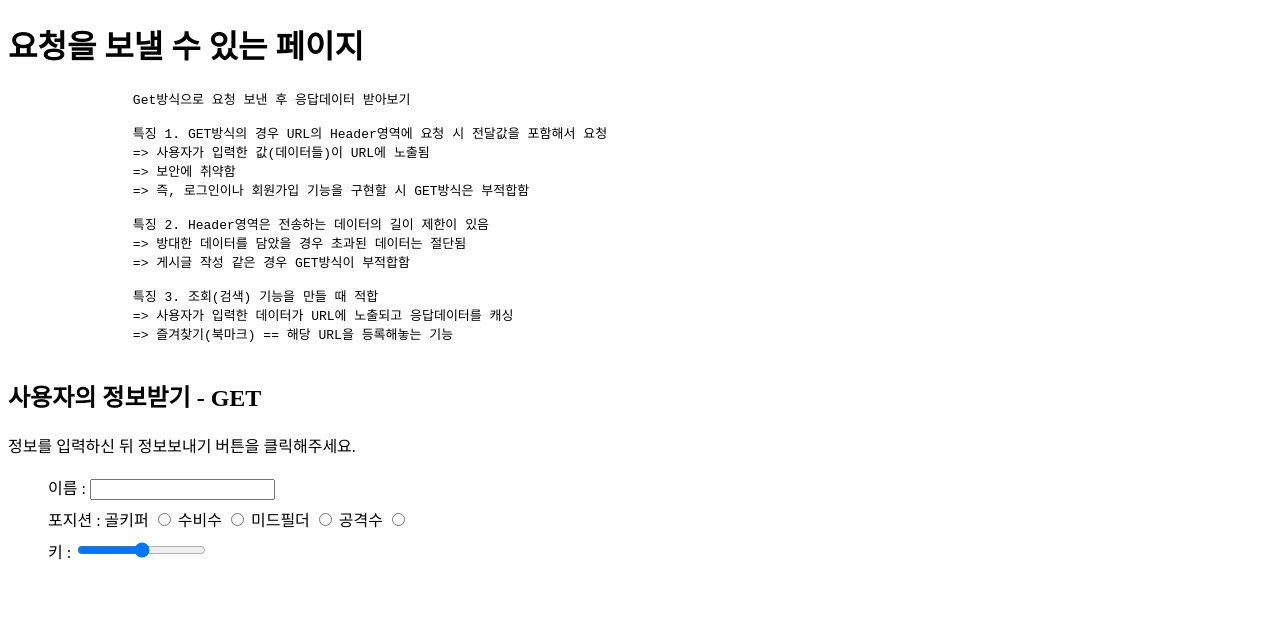
Repository: rlaehqkf/java_practice
Page: MyFirstWebProject/src/main/webapp/views/request_get.html
An editor plug-in stored every save of this project. The page is shown before and after the next save, followed by the edit.
The browser window is 1280 px wide. The pictures show the whole page.

Above is the page before, as saved 2026-05-04 08:33:00.

### MyFirstWebProject/src/main/webapp/views/request_get.html
<!DOCTYPE html>
<html>
<head>
<meta charset="UTF-8">
<title>요청을 보내야겠다~~</title>
<style>
	ul{
		list-style : none;
		line-height : 200%;
	}

</style>



</head>
<body>

	<h1>요청을 보낼 수 있는 페이지</h1>

	<pre>
		Get방식으로 요청 보낸 후 응답데이터 받아보기

		특징 1. GET방식의 경우 URL의 Header영역에 요청 시 전달값을 포함해서 요청
		=> 사용자가 입력한 값(데이터들)이 URL에 노출됨
		=> 보안에 취약함
		=> 즉, 로그인이나 회원가입 기능을 구현할 시 GET방식은 부적합함

		특징 2. Header영역은 전송하는 데이터의 길이 제한이 있음
		=> 방대한 데이터를 담았을 경우 초과된 데이터는 절단됨
		=> 게시글 작성 같은 경우 GET방식이 부적합함

		특징 3. 조회(검색) 기능을 만들 때 적합
		=> 사용자가 입력한 데이터가 URL에 노출되고 응답데이터를 캐싱
		=> 즐겨찾기(북마크) == 해당 URL을 등록해놓는 기능
	</pre>

	<h2> 사용자의 정보받기 - GET </h2>
	<p>정보를 입력하신 뒤 정보보내기 버튼을 클릭해주세요.</p>


	<!--
		form태그 안에 존재하는 submit타입의 버튼 클릭 시
		form태그의 속성 중 action속성에 작성된 URL로 요청을 보냄!!
		Controller로 요청을 보내야함 -> Servlet

		http://localhost:8088/first
	 -->
	<!--

	<form method="get" action="http://localhost:8088/first/first.do" >
		<ul>
			<li>
				이름 : <input type="text" name="name"/>
			</li>
			<li>
				성별 :
				남자 <input type="radio" name="gender" value="남자" />
				여자 <input type="radio" name="gender" value="여자" />
				선택안함 <input type="radio" name="gender" value="선택 안 함" />
			</li>
			<li>
				나이 : <input type="number" name="age" />
			</li>
			<li>
				사는 지역 :
				<select name="city">
					<option>서울</option>
					<option value="제주도">제주도</option>
				</select>
			</li>
			<li>
				키 : <input type="range" min="130" max="220" name="height" />
			</li>
			<li>
				좋아하는 음식(모두 고르시오)
				햄버거 <input type="checkbox" name="food" value="햄버거" />
				제육볶음 <input type="checkbox" name="food" value="제육볶음" />
				돈까스 <input type="checkbox" name="food" value="돈까스" />
				피자 <input type="checkbox" name="food" value="피자" />
				치킨 <input type="checkbox" name="food" value="치킨" />
			</li>
			<li>
				<button type="submit">가즈아~</button>
			</li>
			<li>

			</li>
		</ul>
	</form>

	-->


	<form method="get" action="http://localhost:8088/first/second.do" >
		<ul>
			<li>
				이름 : <input type="text" name="name" />
			</li>
			<li>
				포지션 :
				골키퍼 <input type="radio" name="position" />
				수비수 <input type="radio" name="position" />
				미드필더 <input type="radio" name="position" />
				공격수 <input type="radio" name="position" />
			</li>
			<li>
				키 : <input type="range" min="100" max="300" name="height"/>
			</li>
			<li>

			</li>
			<li>

			</li>
			<li>

			</li>
			<li>

			</li>
			<li>

			</li>
			<li>

			</li>
			<li>

			</li>
			<li>

			</li>




		</ul>
	</form>















</body>
</html>

After the next save:
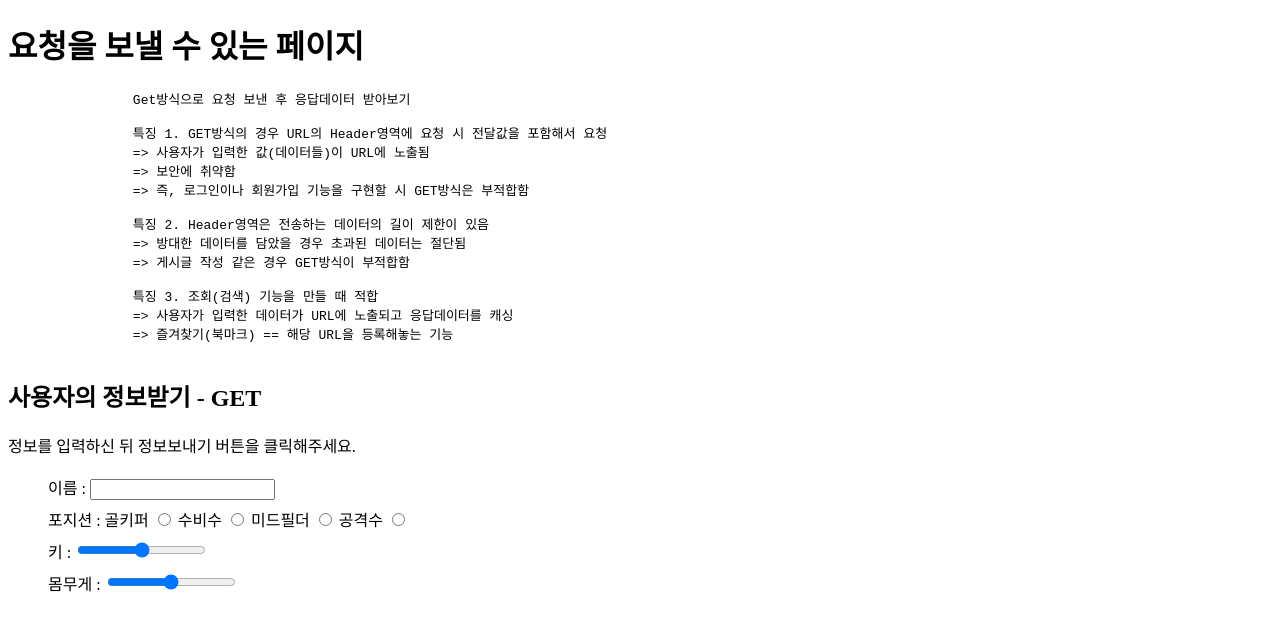
Saved 99 s later.
--- a/MyFirstWebProject/src/main/webapp/views/request_get.html
+++ b/MyFirstWebProject/src/main/webapp/views/request_get.html
@@ -108,7 +108,7 @@
 				키 : <input type="range" min="100" max="300" name="height"/>
 			</li>
 			<li>
-
+				몸무게 : <input type="range" min="30" max="200" name="weight" />
 			</li>
 			<li>
 
